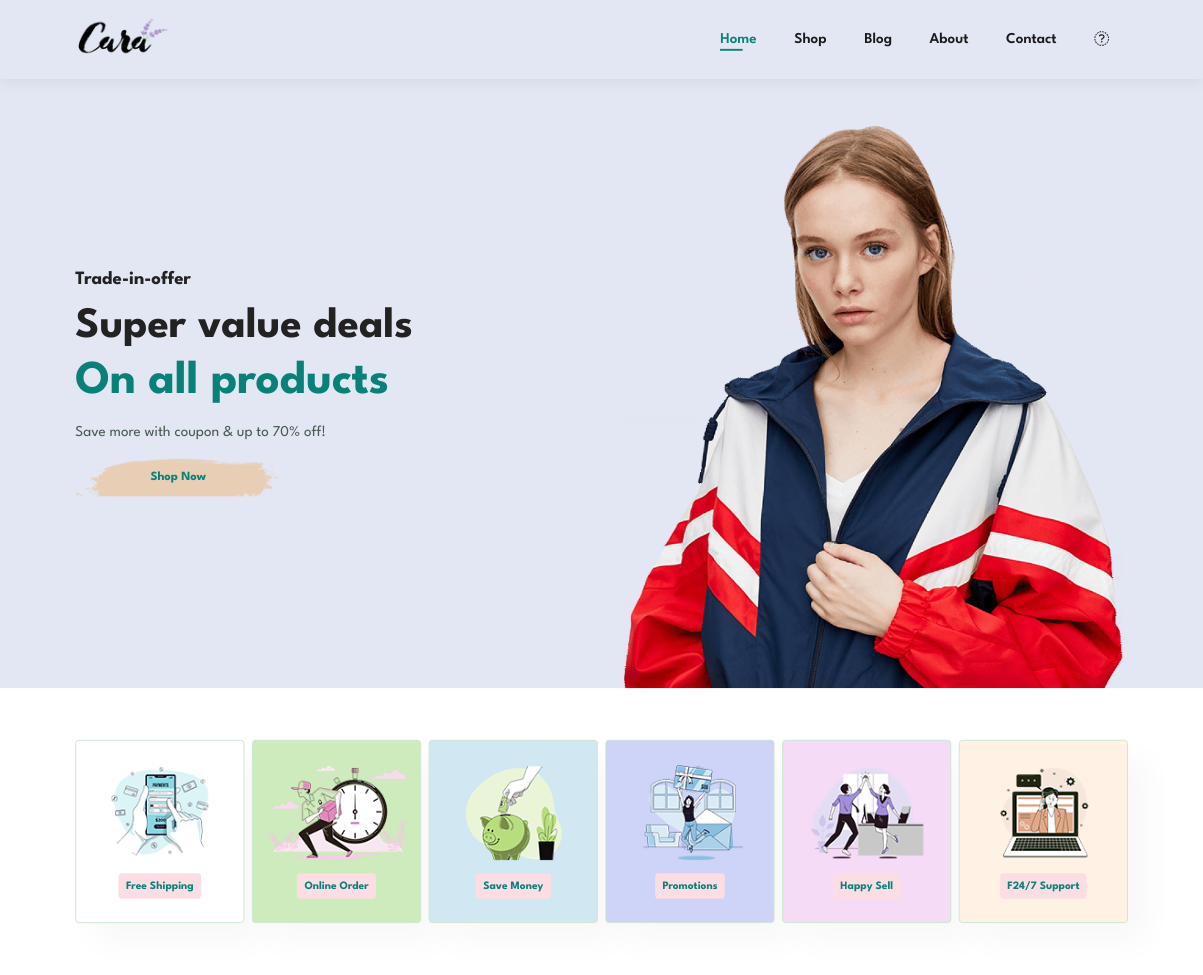
Repository: quy261001/cara
Page: index.html
An editor plug-in stored every save of this project. The page is shown before and after the next save, followed by the edit.
The browser window is 1280 px wide. The pictures show the whole page, at 94% of full size.

Above is the page before, as saved 2022-05-01 13:53:04.

### index.html
<!DOCTYPE html>
<html lang="en">
<head>
  <meta charset="UTF-8">
  <meta http-equiv="X-UA-Compatible" content="IE=edge">
  <meta name="viewport" content="width=device-width, initial-scale=1.0">
  <link rel="stylesheet" href="style.css">
  <title>Cara</title>
</head>
<body>
  <section class="header">
    <a href="#"><img src="img/logo.png" class="logo" alt=""></a>

    <div>
      <ul class="navbar">
        <li><a class="active" href="index.html">Home</a></li>
        <li><a href="shop.html">Shop</a></li>
        <li><a href="blog.html">Blog</a></li>
        <li><a href="about.html">About</a></li>
        <li><a href="contact.html">Contact</a></li>
        <li><a href="cart.html"><i class="far fa-shopping-bag"></i></a></li>
      </ul>
    </div>
  </section>

  <section class="hero">
    <h4>Trade-in-offer</h4>
    <h2>Super value deals</h2>
    <h1>On all products</h1>
    <p>Save more with coupon & up to 70% off!</p>
    <button>Shop Now</button>
  </section>

  <section class="feature section-p1">
    <div class="fe-box">
      <img src="img/features/f1.png" alt="">
      <h6>Free Shipping</h6>
    </div>
    <div class="fe-box">
      <img src="img/features/f2.png" alt="">
      <h6>Online Order</h6>
    </div>
    <div class="fe-box">
      <img src="img/features/f3.png" alt="">
      <h6>Save Money</h6>
    </div>
    <div class="fe-box">
      <img src="img/features/f4.png" alt="">
      <h6>Promotions</h6>
    </div>
    <div class="fe-box">
      <img src="img/features/f5.png" alt="">
      <h6>Happy Sell</h6>
    </div>
    <div class="fe-box">
      <img src="img/features/f6.png" alt="">
      <h6>F24/7 Support</h6>
    </div>
  </section>

  <script src="script.js"></script>
  <script defer src="https://pro.fontawesome.com/releases/v5.15.4/js/all.js"></script>
</body>
</html>

### style.css
@import url('https://fonts.googleapis.com/css2?family=League+Spartan:wght@100;200;300;400;500;600;700;800;900&display=swap');
* {
  margin: 0;
  padding: 0;
  box-sizing: border-box;
  font-family: 'League Spartan', sans-serif;
}
h1 {
  font-size: 50px;
  line-height: 64px;
  color: #222;
}
h2 {
  font-size: 46px;
  line-height: 53px;
  color: #222;
}
h4 {
  font-size: 20px;
  color: #222;
}
h6 {
  font-weight: 700;
  font-size: 12px;
}
p {
  font-size: 16px;
  color: #465b52;
  margin: 15px 0 20px 0;
}
.section-p1 {
  padding: 40px 80px;
}
.section-m1 {
  margin: 40px 0;
}
body {
  width: 100%;
}

/* Header-start */
.header {
  display: flex;
  justify-content: space-between;
  align-items: center;
  padding: 20px 80px;
  background-color: #E3E6F3;
  box-shadow: 0 5px 15px rgba(0, 0, 0, 0.06);
  z-index: 999;
  position: sticky;
  top: 0;
  left: 0;
}

.navbar {
  display: flex;
  align-items: center;
  justify-content: center;
}

.navbar li {
  list-style: none;
  padding: 0 20px;
  position: relative;
}

.navbar li a {
  text-decoration: none;
  font-size:16px;
  font-weight: 600;
  color: #1a1a1a;
  transition: 0.3s ease;
}

.navbar li a:hover,
.navbar li a.active {
  color: #088178;
}

.navbar li a.active::after,
.navbar li a:hover::after {
  content: "";
  width: 30%;
  height: 2px;
  background-color: #088178;
  position: absolute;
  bottom: -4px;
  left: 20px;
}
/* Home page */
.hero {
  background-image: url("img/hero4.png");
  height: 90vh;
  width: 100%;
  background-position: top 25% right 0;
  background-size: cover;
  display: flex;
  justify-content: center;
  align-items: flex-start;
  flex-direction: column;
  padding: 0 80px;
}

.hero h4 {
  padding-bottom: 15px;
}

.hero h1 {
  color: #088178;
}

.hero button {
  background-image: url("img/button.png");
  background-color: transparent;
  color: #088178;
  border: 0;
  padding: 14px 80px 14px 80px;
  background-repeat: no-repeat;
  cursor: pointer;
  font-weight: 700;
}

.feature {
  display: flex;
  align-items: center;
  justify-content: space-between;
  flex-wrap: wrap;
}

.feature .fe-box {
   width: 180px;
   text-align: center;
   padding: 25px 15px;
   box-shadow: 20px 20px 34px rgba(0, 0, 0, 0.03);
   border: 1px solid #cce7d0;
   border-radius: 4px;
   margin: 15px 0;
}

.feature .fe-box:hover {
  box-shadow: 10px 10px 54px rgba(70, 62, 221, 0.1);
}
.feature .fe-box img {
  width: 100%;
  margin-bottom: 10px;
}
.feature .fe-box h6 {
  display: inline-block;
  padding: 9px 8px 6px 8px;
  line-height: 1;
  border-radius: 4px;
  color: #088178;
  background-color: #fddde4;
}
.feature .fe-box:nth-child(2) {
  background-color: #cdebbc;
}
.feature .fe-box:nth-child(3) {
  background-color: #d1e8f2;
}
.feature .fe-box:nth-child(4) {
  background-color: #cdd4f8;
}
.feature .fe-box:nth-child(5) {
  background-color: #f6dbf6;
}
.feature .fe-box:nth-child(6) {
  background-color: #fff2e5;
}

Loaded but not shown: script.js (no copy from this time; the picture is the same without it)

After the next save:
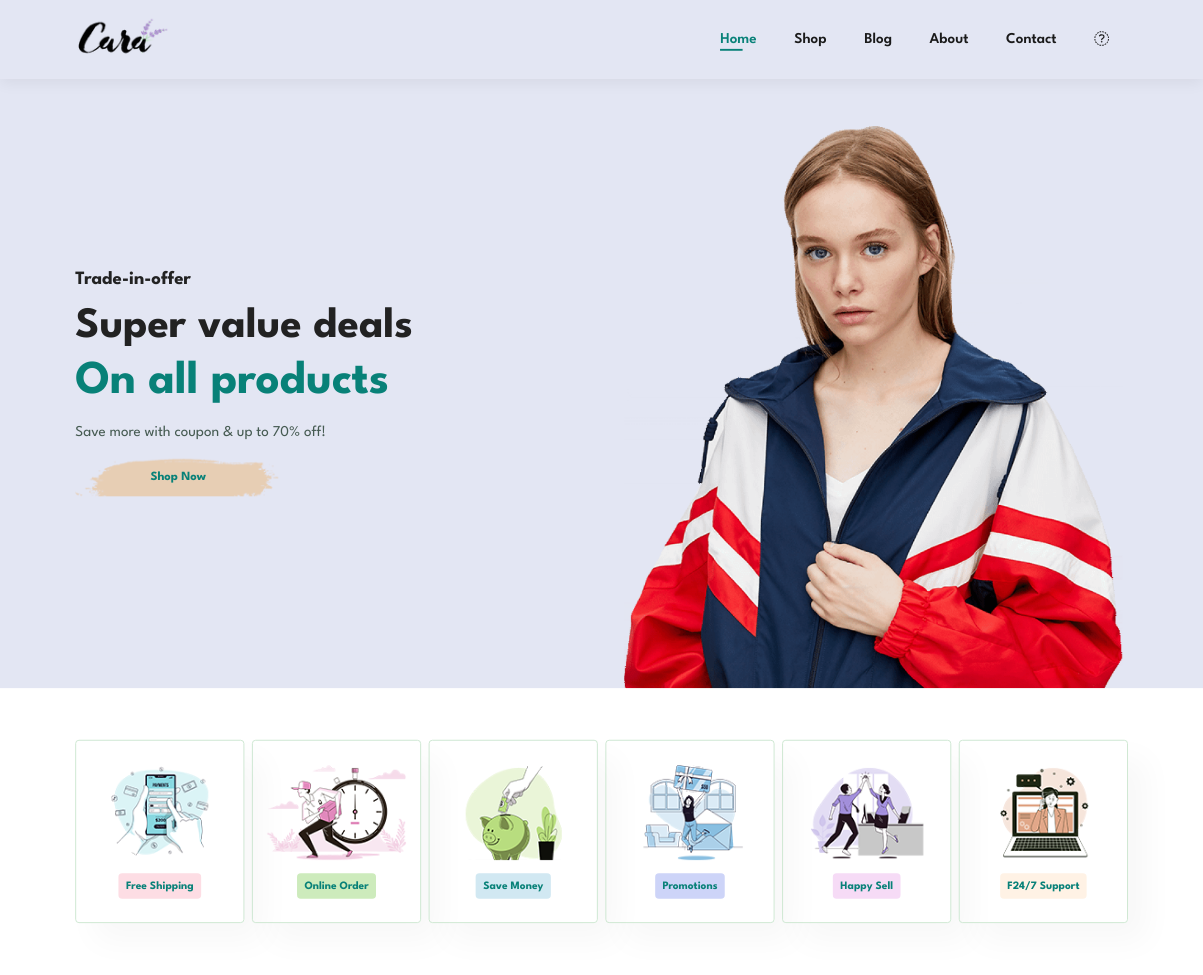
Saved 2 min 0 s later.
--- a/style.css
+++ b/style.css
@@ -152,18 +152,18 @@ body {
   color: #088178;
   background-color: #fddde4;
 }
-.feature .fe-box:nth-child(2) {
+.feature .fe-box:nth-child(2) h6 {
   background-color: #cdebbc;
 }
-.feature .fe-box:nth-child(3) {
+.feature .fe-box:nth-child(3) h6 {
   background-color: #d1e8f2;
 }
-.feature .fe-box:nth-child(4) {
+.feature .fe-box:nth-child(4) h6 {
   background-color: #cdd4f8;
 }
-.feature .fe-box:nth-child(5) {
+.feature .fe-box:nth-child(5) h6 {
   background-color: #f6dbf6;
 }
-.feature .fe-box:nth-child(6) {
+.feature .fe-box:nth-child(6) h6 {
   background-color: #fff2e5;
 }
